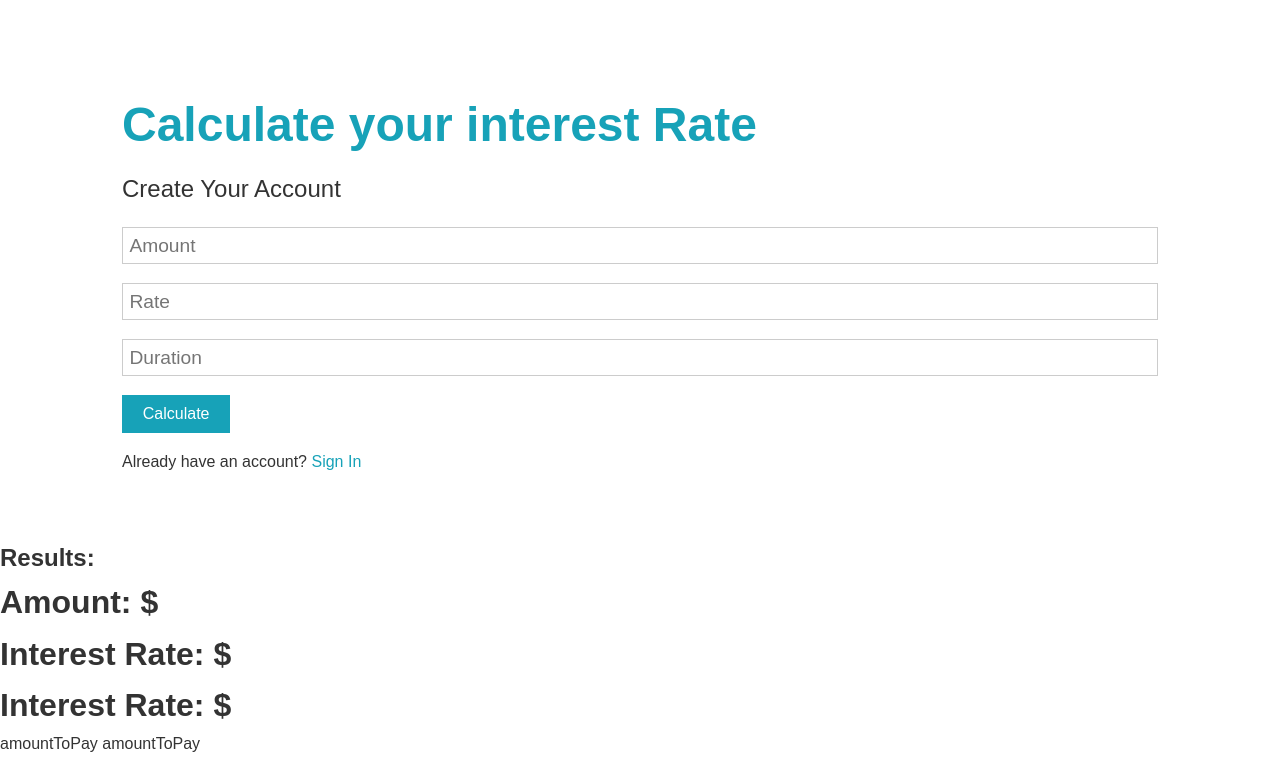
Repository: codding-ideas/loan-calculator
Page: / (app in client/)
The author's editor kept a copy of each file at every save. The page is drawn from the files as they stood at one save, then again after the next save.
The browser window is 1280 px wide. The pictures show the whole page.
The project was rebuilt for these pictures with package versions that can differ from the ones it lists, and the page was loaded fresh each time.

Above is the page before, as saved 2019-07-08 21:45:15.

### client/src/index.js
import React from 'react';
import ReactDOM from 'react-dom';
import { Provider } from 'react-redux';
import { createStore, applyMiddleware } from 'redux';
import reduxThunk from 'redux-thunk';
import { composeWithDevTools} from 'redux-devtools-extension';
import rootReducer from './redux/reducers'
import App from './App';


// const store = createStore(users, composeWithDevTools(applyMiddleware(reduxThunk)) )
const store = createStore(rootReducer, composeWithDevTools(applyMiddleware(reduxThunk)))

ReactDOM.render(
<Provider store = {store}>

  <App />

  </Provider>,
document.getElementById('root'));

### client/src/redux/reducers/index.js
import { combineReducers } from 'redux';
import loanReducer from './loanReducer'


export default combineReducers({
  loan: loanReducer
})

### client/src/App.js
import React, { useState} from 'react';
import Results from '../src/componets/Results';
import CalculateInterestForm from '../src/componets/Forms//CalculateInterestForm'
import './App.css';

function App() {


  return (
    <div>

      <CalculateInterestForm/>

      < Results />
    </div>
  )
}

export default App;

### client/src/redux/reducers/loanReducer.js


const initialState = {
//  amount: [],
//  rate: '',
//  convertedRate: '',
//  duration: '',
//  interestRate: '',
//  amountToPay: ''

 amount:'',
 rate: '',
 duration: '',
 interestRate: '',
 amountToPay: ''

}

export default (state = initialState, action) => {
  switch(action.type){
    case 'CREATE_INTEREST':
     return {
      ...state,
       amount: action.payload.amount,
       rate: parseFloat( action.payload.rate/100).toFixed(3),
       duration: action.payload.duration,
       interestRate: parseFloat((action.payload.amount) * (action.payload.rate/100) * (action.payload.duration)).toFixed(3),


       amountToPay: parseFloat(action.payload.amount + ((action.payload.amount) * (action.payload.rate/100) * (action.payload.duration))).toFixed(3)

     }
     default:
      return state
  }
}

### client/src/componets/Results.js
import React from 'react';
import { connect } from 'react-redux';

const Results = (props) => {
    console.log(props.loan.amount)
    return (
        <div>
            <h2>Results:</h2>
            <h1>Amount: $ {props.loan.amount}</h1>
            <h1>Interest Rate: ${props.loan.interestRate}</h1>
            <h1>Interest Rate: ${props.loan.interestRate}</h1>
            amountToPay
            amountToPay
        </div>
    )
}

const mapStateToProps = (state) => {
     return {
         loan: state.loan
     }
}

export default connect(mapStateToProps, null) (Results)

### client/src/componets/Forms/CalculateInterestForm.js
import React, { useState} from 'react';
import { connect } from 'react-redux';
import { createLoan} from '../../redux/actions/loanAction'

const CalculateInterestForm = (props) => {
  const initialState = {
    amount: "",
    rate: "",
    duration: ""

  };

     const [formData, setFormData ] = useState(initialState)

   //Create on change methods
   //This method update the state values
   const onChange = (e) => {
     setFormData({...formData, [e.target.name]: e.target.value})
   }

  //Onsubmit
  const onFormSubmit = e => {
    e.preventDefault();
    props.createLoan(formData);
  };


  return (
    <div className="App">
        <section className="container">
      <h3 className="large text-primary">Calculate your interest Rate</h3>
      <p className="lead"><i className="fas fa-money"></i> Create Your Account</p>
      <form className="form" onSubmit = {onFormSubmit}>
        <div className="form-group">
          <input type="text" placeholder="Amount" name="amount"   onChange = {onChange}/>
        </div>
        <div className="form-group">
          <input type="text" placeholder="Rate" name="rate" onChange = {e => onChange(e)} />

        </div>
        <div className="form-group">
          <input
            type="text"
            placeholder="Duration"
            name="duration"
            onChange = {onChange}
          />
        </div>

        <input type="submit" className="btn btn-primary" value="Calculate" />
      </form>
      <p className="my-1">
        Already have an account? <a href="login.html">Sign In</a>
      </p>
    </section>
    </div>
  );
}

export default connect(null, {createLoan}) (CalculateInterestForm)

### client/src/App.css
/* Global Styles */
:root {
  --primary-color: #17a2b8;
  --dark-color: #343a40;
  --light-color: #f4f4f4;
  --danger-color: #dc3545;
  --success-color: #28a745;
}

* {
  box-sizing: border-box;
  margin: 0;
  padding: 0;
}

body {
  font-family: 'Raleway', sans-serif;
  font-size: 1rem;
  line-height: 1.6;
  background-color: #fff;
  color: #333;
}

a {
  color: var(--primary-color);
  text-decoration: none;
}

ul {
  list-style: none;
}

img {
  width: 100%;
}

/* Utilities */
.container {
  max-width: 1100px;
  margin: auto;
  overflow: hidden;
  padding: 0 2rem;
  margin-top: 6rem;
  margin-bottom: 3rem;
}

/* Text Styles*/
.x-large {
  font-size: 4rem;
  line-height: 1.2;
  margin-bottom: 1rem;
}

.large {
  font-size: 3rem;
  line-height: 1.2;
  margin-bottom: 1rem;
}

.lead {
  font-size: 1.5rem;
  margin-bottom: 1rem;
}

.text-center {
  text-align: center;
}

.text-primary {
  color: var(--primary-color);
}

.text-dark {
  color: var(--dark-color);
}

/* Padding */
.p {
  padding: 0.5rem;
}

.p-1 {
  padding: 1rem;
}

.p-2 {
  padding: 2rem;
}

.p-3 {
  padding: 3rem;
}

.py {
  padding: 0.5rem 0;
}

.py-1 {
  padding: 1rem 0;
}

.py-2 {
  padding: 2rem 0;
}

.py-3 {
  padding: 3rem 0;
}

/* Margin */
.m {
  margin: 0.5rem;
}

.m-1 {
  margin: 1rem;
}

.m-2 {
  margin: 2rem;
}

.m-3 {
  margin: 3rem;
}

.my {
  margin: 0.5rem 0;
}

.my-1 {
  margin: 1rem 0;
}

.my-2 {
  margin: 2rem 0;
}

.my-3 {
  margin: 3rem 0;
}

.btn {
  display: inline-block;
  background: var(--light-color);
  color: #333;
  padding: 0.4rem 1.3rem;
  font-size: 1rem;
  border: none;
  cursor: pointer;
  margin-right: 0.5rem;
  transition: opacity 0.2s ease-in;
  outline: none;
}

.badge {
  font-size: 0.8rem;
  padding: 0.1rem;
  text-align: center;
  margin: 0.3rem;
  background: var(--light-color);
  color: #333;
}

.alert {
  padding: 0.8rem;
  margin: 1rem 0;
  opacity: 0.9;
  background: var(--light-color);
  color: #333;
}

.btn-primary,
.bg-primary,
.badge-primary,
.alert-primary {
  background: var(--primary-color);
  color: #fff;
}

.btn-light,
.bg-light,
.badge-light,
.alert-light {
  background: var(--light-color);
  color: #333;
}

.btn-dark,
.bg-dark,
.badge-dark,
.alert-dark {
  background: var(--dark-color);
  color: #fff;
}

.btn-danger,
.bg-danger,
.badge-danger,
.alert-danger {
  background: var(--danger-color);
  color: #fff;
}

.btn-success,
.bg-success,
.badge-success,
.alert-success {
  background: var(--success-color);
  color: #fff;
}

.btn-white,
.bg-white,
.badge-white,
.alert-white {
  background: #fff;
  color: #333;
  border: #ccc solid 1px;
}

.btn:hover {
  opacity: 0.8;
}

.bg-light,
.badge-light {
  border: #ccc solid 1px;
}

.round-img {
  border-radius: 50%;
}

.line {
  height: 1px;
  background: #ccc;
  margin: 1.5rem 0;
}

/* Overlay */
.dark-overlay {
  background-color: rgba(0, 0, 0, 0.7);
  position: absolute;
  top: 0;
  left: 0;
  width: 100%;
  height: 100%;
}

/* Forms */
.form .form-group {
  margin: 1.2rem 0;
}

.form .form-text {
  display: block;
  margin-top: 0.3rem;
  color: #888;
}

.form input[type='text'],
.form input[type='email'],
.form input[type='password'],
.form input[type='date'],
.form select,
.form textarea {
  display: block;
  width: 100%;
  padding: 0.4rem;
  font-size: 1.2rem;
  border: 1px solid #ccc;
}

.form input[type='submit'],
button {
  font: inherit;
}

.form .social-input {
  display: flex;
}

.form .social-input i {
  padding: 0.5rem;
  width: 4rem;
}

.form .social-input i.fa-twitter {
  color: #38a1f3;
}

.form .social-input i.fa-facebook {
  color: #3b5998;
}

.form .social-input i.fa-instagram {
  color: #3f729b;
}

.form .social-input i.fa-youtube {
  color: #c4302b;
}

.form .social-input i.fa-linkedin {
  color: #0077b5;
}

.table th,
.table td {
  padding: 1rem;
  text-align: left;
}

.table th {
  background: var(--light-color);
}

/* Navbar */
.navbar {
  display: flex;
  justify-content: space-between;
  align-items: center;
  padding: 0.7rem 2rem;
  position: fixed;
  z-index: 1;
  width: 100%;
  top: 0;
  background: #014e14;
  border-bottom: solid 1px var(--primary-color);
  opacity: 0.9;
}

.navbar ul {
  display: flex;
}

.navbar a {
  color: #fff;
  padding: 0.45rem;
  margin: 0 0.25rem;
}

.navbar a:hover {
  color: var(--primary-color);
}

.navbar .welcome span {
  margin-right: 0.6rem;
}

/* Landing Page */
.landing {
  position: relative;
  background: url('./img/showcase.jpg') no-repeat center center/cover;
  height: 100vh;
}

.landing-inner {
  color: #fff;
  height: 100%;
  width: 80%;
  margin: auto;
  display: flex;
  flex-direction: column;
  align-items: center;
  justify-content: center;
  text-align: center;
}

/* Profiles Page */
.profile {
  display: grid;
  grid-template-columns: 2fr 4fr 2fr;
  align-items: center;
  grid-gap: 2rem;
  padding: 1rem;
  line-height: 1.8;
  margin-bottom: 1rem;
}

/* Profile Page */
.profile-grid {
  display: grid;
  grid-template-areas:
    'top top'
    'about about'
    'exp edu'
    'github github';
  grid-gap: 1rem;
}

.profile-top {
  grid-area: top;
  display: flex;
  flex-direction: column;
  align-items: center;
  justify-content: center;
  text-align: center;
}

.profile-top img {
  width: 250px;
}

.profile-top .icons a {
  color: #fff;
  margin: 0 0.3rem;
}

.profile-top .icons a:hover {
  color: var(--dark-color);
}

.profile-about {
  grid-area: about;
  text-align: center;
}

.profile-about .skills {
  display: flex;
  align-items: center;
  justify-content: center;
  text-align: center;
}

.profile-exp {
  grid-area: exp;
}

.profile-edu {
  grid-area: edu;
}

.profile-exp h2,
.profile-edu h2 {
  margin-bottom: 1rem;
}

.profile-exp>div,
.profile-edu>div {
  margin-bottom: 1rem;
  padding-bottom: 1rem;
  border-bottom: #ccc 1px dotted;
}

.profile-exp>div:last-child,
.profile-edu>div:last-child {
  border: 0;
}

.profile-exp p,
.profile-edu p {
  margin: 0.5rem 0;
}

.profile-github {
  grid-area: github;
}

.profile-github .repo {
  display: flex;
}

.profile-github .repo>div:first-child {
  flex: 7;
  flex-basis: 70%;
}

.profile-github>div:last-child {
  flex: 3;
  flex-basis: 20%;
}

/* Posts Page */
.post-form .post-form-header {
  background: var(--primary-color);
  padding: 0.5rem;
}

.post {
  display: grid;
  grid-template-columns: 1fr 4fr;
  grid-gap: 2rem;
  align-items: center;
}

.post>div:first-child {
  text-align: center;
}

.post img {
  width: 100px;
}

.post .comment-count {
  background: var(--light-color);
  color: var(--primary-color);
  padding: 0.1rem 0.2rem;
  border-radius: 5px;
  font-size: 0.8rem;
}

.post .post-date {
  color: #aaa;
  font-size: 0.8rem;
  margin-bottom: 0.5rem;
}

/* Mobile Styles */
@media (max-width: 700px) {
  .container {
    margin-top: 8rem;
  }

  .hide-sm {
    display: none;
  }

  /* Text Styles */
  .x-large {
    font-size: 3rem;
  }

  .large {
    font-size: 2rem;
  }

  .lead {
    font-size: 1rem;
  }

  /* Navbar */
  .navbar {
    display: block;
    text-align: center;
  }

  .navbar ul {
    text-align: center;
    justify-content: center;
  }

  .navbar h1 {
    margin-bottom: 1rem;
  }

  .navbar .welcome {
    display: none;
  }

  /* Profiles Page */
  .profile {
    grid-template-columns: 1fr;
    text-align: center;
  }

  .profile ul {
    display: none;
  }

  /* Profile Page */

  .profile-top img,
  .profile img {
    width: 200px;
    margin: auto;
  }

  .profile-grid {
    grid-template-areas:
      'top'
      'about'
      'exp'
      'edu'
      'github';
  }

  .profile-about .skills {
    flex-direction: column;
  }

  .dash-buttons a {
    display: block;
    width: 100%;
    margin-bottom: 0.2rem;
  }

  .post {
    grid-template-columns: 1fr;
  }

  .post a,
  .post button {
    padding: 0.3rem 0.4rem;
  }
}

### client/src/redux/actions/loanAction.js
import axios from 'axios';

export const createLoan = (values) => {
   return function(dispatch){
     axios.post('/api/loan', values)
     .then((loan) => {
      dispatch({
       type: 'CREATE_INTEREST',
       payload: loan.data
      })
     })
   }

}

After the next save:
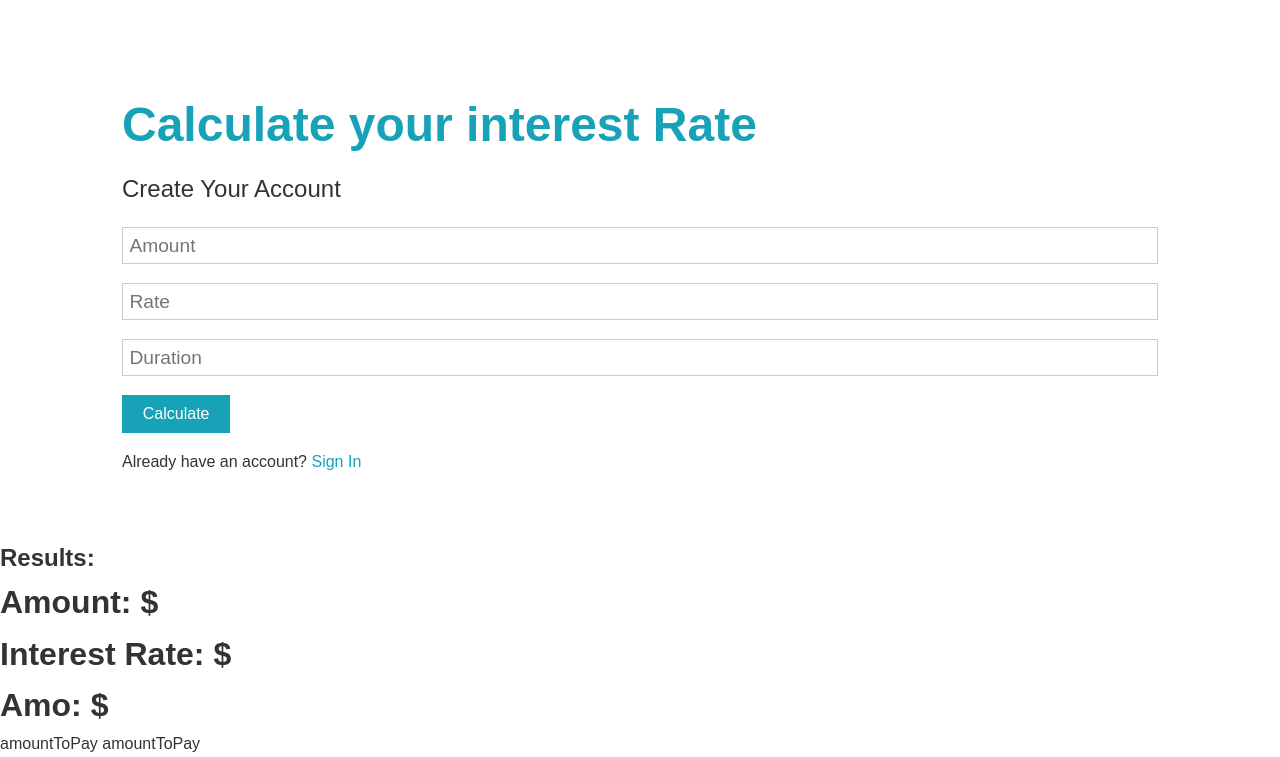
Saved 4 s later.
--- a/client/src/componets/Results.js
+++ b/client/src/componets/Results.js
@@ -8,7 +8,7 @@ const Results = (props) => {
             <h2>Results:</h2>
             <h1>Amount: $ {props.loan.amount}</h1>
             <h1>Interest Rate: ${props.loan.interestRate}</h1>
-            <h1>Interest Rate: ${props.loan.interestRate}</h1>
+            <h1>Amo: ${props.loan.interestRate}</h1>
             amountToPay
             amountToPay
         </div>
